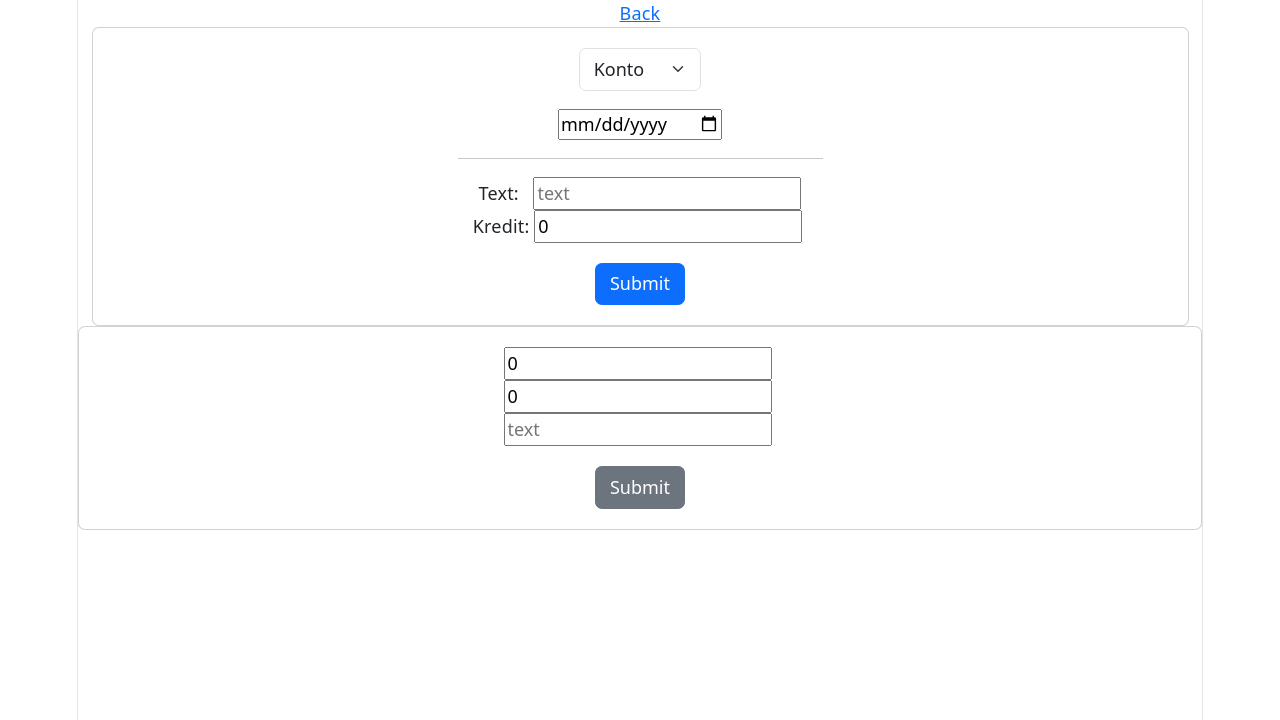
Repository: supply24/kidsaccount
Page: /action
The author's editor kept a copy of each file at every save. The page is drawn from the files as they stood at one save, then again after the next save.
The browser window is 1280 px wide. The pictures show the whole page.
The page's requests for data from a server got no answer. The project was rebuilt for these pictures with package versions that can differ from the ones it lists, and the page was loaded fresh each time. No one was signed in, and anything a server would have sent is missing. Also part of the build but not shown: vite.config.js, src/App.css, src/App.jsx, src/Homing.jsx, src/Emilia.jsx, src/Alexander.jsx.

Above is the page before, as saved 2026-08-01 12:18:20.

After the next save:
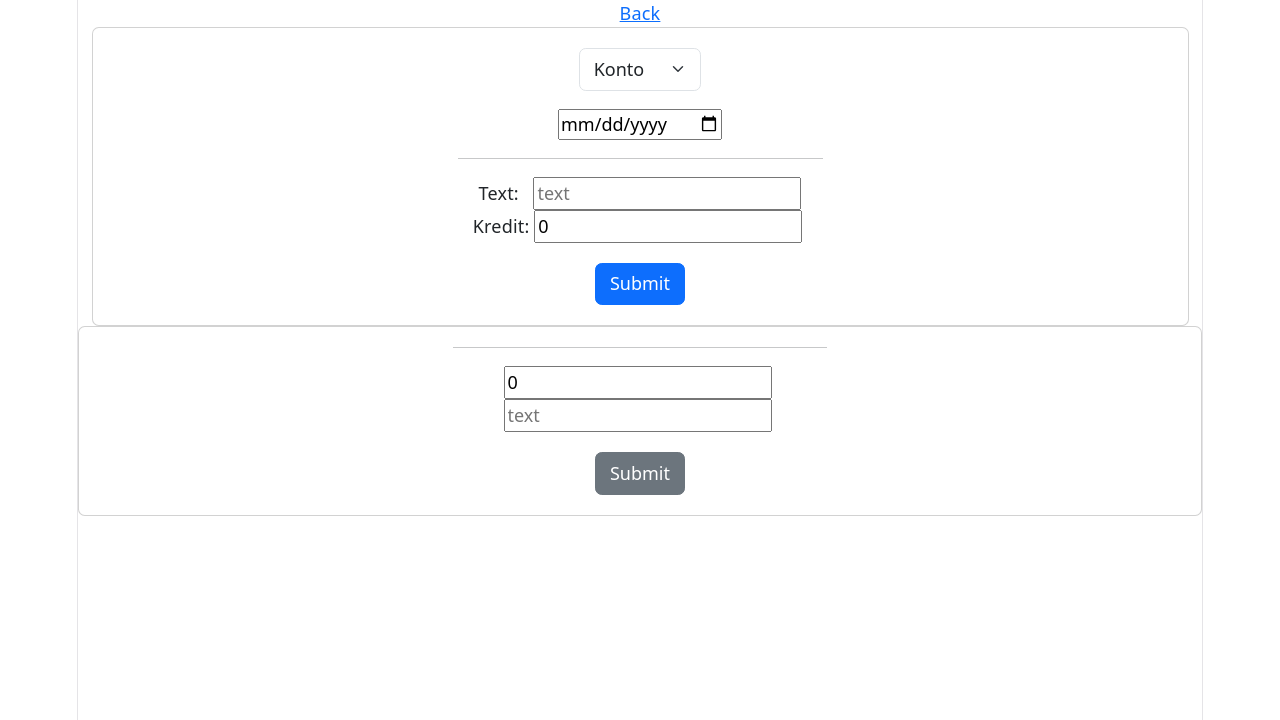
Saved 80 s later.
--- a/src/Actions.jsx
+++ b/src/Actions.jsx
@@ -125,7 +125,7 @@ const Actions = () => {
         <Form onSubmit={handleSubmit1}>
           <Col md={4} className="mx-auto" style={{marginTop:"20px"}}>
 
-<input type="number" value={kredit} onChange={handleKredit} placeholder='kredit'/>&nbsp;
+<hr></hr>
 <input type="number" value={debet} onChange={handleDebet} placeholder='debet'/>&nbsp;
 <input type="text" value={texting} onChange={handleTexting} placeholder='text'/>&nbsp;
 
